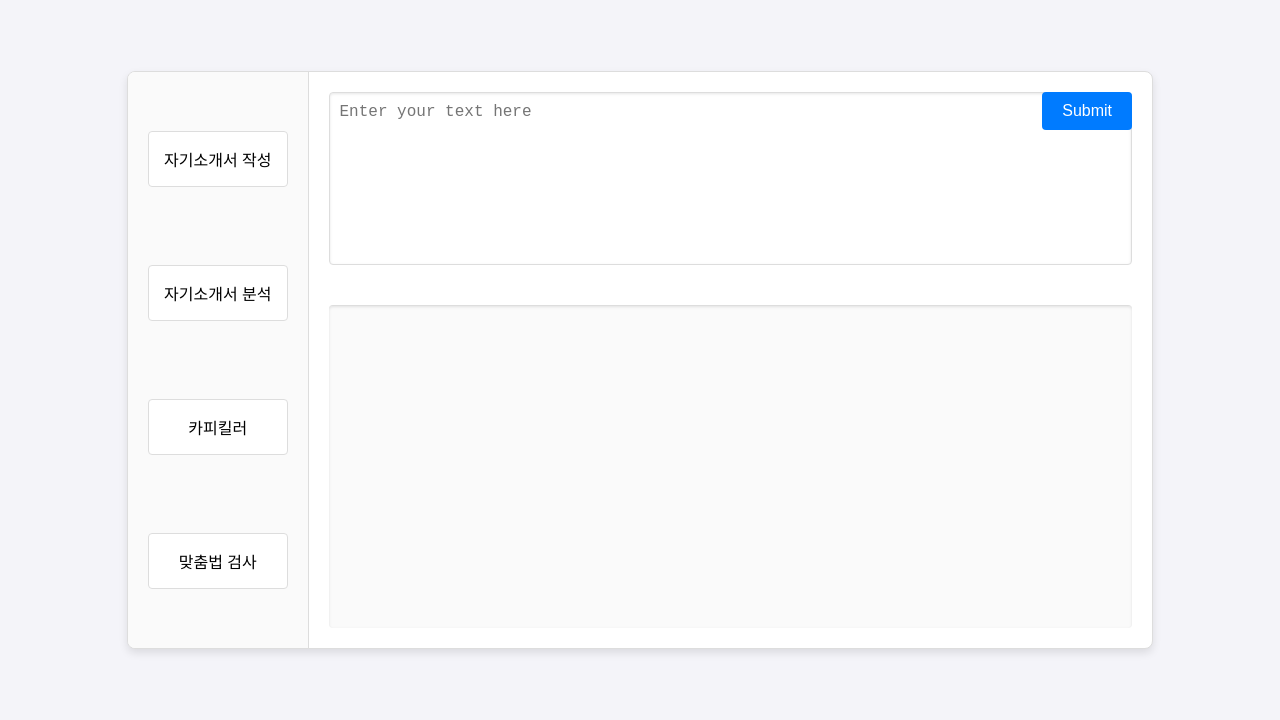
Repository: Choi9912/Flask_IntroduceGPT
Page: http://localhost/
The author's editor kept a copy of each file at every save. The page is drawn from the files as they stood at one save, then again after the next save.
The browser window is 1280 px wide. The pictures show the whole page.
The page is served by the project's application, run on Flask 3 (app.py).

Above is the page before, as saved 2024-07-30 12:16:46.

### templates/index.html
<!doctype html>
<html lang="en">
<head>
    <meta charset="UTF-8">
    <title>AI Q&A</title>
    <link rel="stylesheet" href="style.css">
    <link href="https://fonts.googleapis.com/css2?family=Roboto:wght@400;500;700&display=swap" rel="stylesheet">
</head>
<body>
    <div class="container">
        <div class="sidebar">
            <button class="sidebar-btn" id="sendBtn">자기소개서 작성</button>
            <button class="sidebar-btn" id="analyzeBtn">자기소개서 분석</button>
            <button class="sidebar-btn" id="plagiarismBtn">카피킬러</button>
            <button class="sidebar-btn" id="spellCheckBtn">맞춤법 검사</button>
        </div>
        <div class="content">
            <textarea id="inputArea" placeholder="Enter your text here" spellcheck="false"></textarea>
            <button class="submit-btn" id="actionBtn">Submit</button>
            <div id="output"></div>
        </div>
    </div>
    <script src="script.js"></script>
</body>
</html>

### app.py
from flask import Flask, request, jsonify, render_template
import requests
import logging
import os

from dotenv import load_dotenv

load_dotenv()
API_URL = os.getenv('API_URL')
# Configure logging
logging.basicConfig(level=logging.DEBUG)

app = Flask(__name__)

class SelfIntroductionAnalyzer:
    def __init__(self, api_url):
        self.api_url = api_url

    def analyze(self, introduction, method):
        if method == 'iterative_refinement':
            return self.iterative_refinement(introduction)
        elif method == 'step_by_step':
            return self.step_by_step(introduction)
        elif method == 'few_shot':
            return self.few_shot(introduction)
        elif method == 'constraint_setting':
            return self.constraint_setting(introduction)
        else:
            return 'Error: Invalid method'

    def iterative_refinement(self, introduction):
        return self.send_request(self.create_messages(introduction))

    def step_by_step(self, introduction):
        steps = [
            "단계 1: 자기소개서를 분석합니다.",
            "단계 2: 주요 포인트와 주제를 식별합니다.",
            "단계 3: 구조와 일관성을 평가합니다."
        ]
        messages = self.create_messages(introduction, " ".join(steps))
        return self.send_request(messages)

    def few_shot(self, introduction):
        examples = [
            {"role": "user", "content": "자기소개서의 강점을 분석해주세요.", "role": "assistant", "content": "자기소개서의 강점은 명확한 목표 설정과 구체적인 경험 사례입니다."},
            {"role": "user", "content": "자기소개서에서 개선할 점을 알려주세요.", "role": "assistant", "content": "자기소개서의 개선할 점은 내용의 일관성과 논리적 흐름입니다."}
        ]
        messages = self.create_messages(introduction, examples=examples)
        return self.send_request(messages)

    def constraint_setting(self, introduction):
        constraints = "최대한 자세하게 알려주세요."
        messages = self.create_messages(introduction, constraints)
        return self.send_request(messages)

    def create_messages(self, introduction, additional_content="", examples=None):
        messages = [
            {"role": "system", "content": "당신은 자기소개서를 분석하는 AI입니다."},
            {"role": "user", "content": f"다음 자기소개서를 분석해주세요: {introduction} {additional_content}"}
        ]
        if examples:
            messages = [{"role": ex["role"], "content": ex["content"]} for ex in examples] + messages
        return messages

    def send_request(self, messages):
        try:
            response = requests.post(self.api_url, json=messages)
            response.raise_for_status()
            return response.json().get('choices')[0]['message']['content']
        except requests.RequestException as e:
            logging.error(f"Error in SelfIntroductionAnalyzer: {e}")
            return 'Error: Unable to get a response from the API'


class SelfIntroductionWriter:
    def __init__(self, api_url):
        self.api_url = api_url

    def write(self, prompt, method):
        if method == 'iterative_refinement':
            return self.iterative_refinement(prompt)
        elif method == 'step_by_step':
            return self.step_by_step(prompt)
        elif method == 'few_shot':
            return self.few_shot(prompt)
        elif method == 'constraint_setting':
            return self.constraint_setting(prompt)
        else:
            return 'Error: Invalid method'

    def iterative_refinement(self, prompt):
        return self.send_request(self.create_messages(prompt))

    def step_by_step(self, prompt):
        steps = [
            "단계 1. 소제목을 넣자: 자기소개서에 소제목을 추가합니다.",
            "단계 2. 두괄식으로 작성하자: 결론부터 말하고 자세한 내용을 덧붙입니다.",
            "단계 3. 문장을 간결하게, 문단을 나눠서 쓰자: 간결하고 명확한 문장을 사용하고, 적절한 문단 나누기로 가독성을 높입니다."
   ]
        messages = self.create_messages(prompt, " ".join(steps))
        return self.send_request(messages)

    def few_shot(self, prompt):
        examples = [
            {
                "role": "user",
                "content": "자기소개서를 작성해주세요.",
                "role": "assistant",
                "content": (
                    "① 경력 소개: 저는 열정적이고 성실한 사람입니다. "
                    "② 성장 과정: 다양한 경험을 통해 성장했습니다. "
                    "③ 결론: 저의 협력과 도전정신을 바탕으로 회사에 기여하고 싶습니다."
                )
            },
            {
                "role": "user",
                "content": "자기소개서의 핵심을 작성해주세요.",
                "role": "assistant",
                "content": (
                    "- 소개: 저는 협력과 도전정신을 중요시합니다. "
                    "- 경험: 항상 새로운 것을 배우고자 합니다. "
                    "- 목표: 이러한 태도로 귀사에 큰 기여를 하고 싶습니다."
                )
            }
        ]
        messages = self.create_messages(prompt, examples=examples)
        return self.send_request(messages)

    def constraint_setting(self, prompt):
        constraints = "소제목을 포함하고, 두괄식으로 작성하며, 문장을 간결하게 쓰고, 문단을 나누어 주세요."
        messages = self.create_messages(prompt, constraints)
        return self.send_request(messages)

    def create_messages(self, prompt, additional_content="", examples=None):
        messages = [
            {"role": "system", "content": "당신은 자기소개서를 작성하는 AI입니다."},
            {"role": "user", "content": f"다음 프롬프트로 자기소개서를 작성해주세요: {prompt} {additional_content}"}
        ]
        if examples:
            messages = [{"role": ex["role"], "content": ex["content"]} for ex in examples] + messages
        return messages

    def send_request(self, messages):
        try:
            response = requests.post(self.api_url, json=messages)
            response.raise_for_status()
            return response.json().get('choices')[0]['message']['content']
        except requests.RequestException as e:
            logging.error(f"Error in SelfIntroductionWriter: {e}")
            return 'Error: Unable to get a response from the API'



class PlagiarismDetector:
    def __init__(self, api_url):
        self.api_url = api_url

    def check_plagiarism(self, text, method):
        if method == 'iterative_refinement':
            return self.iterative_refinement(text)
        elif method == 'step_by_step':
            return self.step_by_step(text)
        elif method == 'few_shot':
            return self.few_shot(text)
        elif method == 'constraint_setting':
            return self.constraint_setting(text)
        else:
            return 'Error: Invalid method'

    def iterative_refinement(self, text):
        return self.send_request(self.create_messages(text))

    def step_by_step(self, text):
        steps = [
            "단계 1: 텍스트를 분석합니다.",
            "단계 2: 주요 포인트와 주제를 식별합니다.",
            "단계 3: 문장 구조와 단어 선택을 평가합니다.",
            "단계 4: 아이디어의 독창성을 평가합니다.",
            "단계 5: 다른 출처와의 유사성을 평가합니다."
        ]
        messages = self.create_messages(text, " ".join(steps))
        return self.send_request(messages)

    def few_shot(self, text):
        examples = [
            {"role": "user", "content": "다음 텍스트의 표절 여부를 검사해주세요.", "role": "assistant", "content": "이 텍스트는 다음 알려진 텍스트와 유사합니다: [알려진 텍스트]."},
            {"role": "user", "content": "이 텍스트는 표절인가요?", "role": "assistant", "content": "이 텍스트는 [알려진 텍스트]와 유사하므로 표절로 간주됩니다."}
        ]
        messages = self.create_messages(text, examples=examples)
        return self.send_request(messages)

    def constraint_setting(self, text):
        constraints = "텍스트의 모든 부분을 꼼꼼히 검사하고, 문장 구조, 단어 선택, 아이디어의 독창성을 고려하여 다른 출처와의 유사성을 평가해주세요."
        messages = self.create_messages(text, constraints)
        return self.send_request(messages)

    def create_messages(self, text, additional_content="", examples=None):
        messages = [
            {"role": "system", "content": "당신은 텍스트를 분석하여 표절 여부를 판단하는 AI입니다."},
            {"role": "user", "content": f"다음 텍스트의 표절 여부를 검사해주세요: {text} {additional_content}"}
        ]
        if examples:
            messages = [{"role": ex["role"], "content": ex["content"]} for ex in examples] + messages
        return messages

    def send_request(self, messages):
        try:
            response = requests.post(self.api_url, json=messages)
            response.raise_for_status()
            return response.json().get('choices')[0]['message']['content']
        except requests.RequestException as e:
            logging.error(f"Error in PlagiarismDetector: {e}")
            return 'Error: Unable to get a response from the API'



class SpellChecker:
    def __init__(self, api_url):
        self.api_url = api_url

    def check(self, text, method):
        if method == 'iterative_refinement':
            return self.iterative_refinement(text)
        elif method == 'step_by_step':
            return self.step_by_step(text)
        elif method == 'few_shot':
            return self.few_shot(text)
        elif method == 'constraint_setting':
            return self.constraint_setting(text)
        else:
            return 'Error: Invalid method'

    def iterative_refinement(self, text):
        return self.send_request(self.create_messages(text))

    def step_by_step(self, text):
        steps = [
            "단계 1: 텍스트를 분석합니다.",
            "단계 2: 철자 오류를 식별합니다.",
            "단계 3: 문법 오류를 식별합니다.",
            "단계 4: 문장 구조를 평가합니다.",
            "단계 5: 전체 텍스트의 일관성을 평가합니다."
        ]
        messages = self.create_messages(text, " ".join(steps))
        return self.send_request(messages)

    def few_shot(self, text):
        examples = [
            {"role": "user", "content": "다음 텍스트의 맞춤법을 검사해주세요.", "role": "assistant", "content": "이 텍스트에는 다음과 같은 철자 오류가 있습니다: [오류 예시]."},
            {"role": "user", "content": "이 텍스트의 문법 오류를 수정해주세요.", "role": "assistant", "content": "이 텍스트에는 다음과 같은 문법 오류가 있습니다: [오류 예시]."}
        ]
        messages = self.create_messages(text, examples=examples)
        return self.send_request(messages)

    def constraint_setting(self, text):
        constraints = "텍스트의 철자와 문법을 철저히 검사하고, 문장 구조와 일관성을 고려하여 전체 텍스트를 평가해주세요."
        messages = self.create_messages(text, constraints)
        return self.send_request(messages)

    def create_messages(self, text):
        return [
            {"role": "system", "content": "당신은 맞춤법 검사 AI입니다."},
            {"role": "user", "content": f"다음 글의 맞춤법을 확인해주세요: {text}"}
        ]

    def send_request(self, messages):
        try:
            response = requests.post(self.api_url, json=messages)
            response.raise_for_status()
            return response.json().get('choices')[0]['message']['content']
        except requests.RequestException as e:
            logging.error(f"Error in SpellChecker: {e}")
            return 'Error: Unable to get a response from the API'


class PromptOptimizerApp:
    def __init__(self, analyzer, writer, plagiarism_detector, spell_checker):
        self.app = Flask(__name__)
        self.analyzer = analyzer
        self.writer = writer
        self.plagiarism_detector = plagiarism_detector
        self.spell_checker = spell_checker
        self.setup_routes()

    def setup_routes(self):
        self.app.add_url_rule('/', 'index', self.index)
        self.app.add_url_rule('/generate', 'generate', self.generate, methods=['POST'])
        self.app.add_url_rule('/analyze', 'analyze', self.analyze_route, methods=['POST'])
        self.app.add_url_rule('/write', 'write', self.write_route, methods=['POST'])
        self.app.add_url_rule('/plagiarism_check', 'plagiarism_check', self.plagiarism_check_route, methods=['POST'])
        self.app.add_url_rule('/spell_check', 'spell_check', self.spell_check_route, methods=['POST'])

    def index(self):
        return render_template('index.html')

    def generate(self):
        data = request.get_json()
        question = data.get('question')
        logging.debug(f"Received question: {question}")

        answer = self.writer.iterative_refinement(question)
        return jsonify({'answer': answer})

    def analyze_route(self):
        data = request.get_json()
        introduction = data.get('introduction')
        method = data.get('method', 'iterative_refinement')  # Default to 'iterative_refinement'
        logging.debug(f"Received introduction: {introduction} with method: {method}")
        analysis = self.analyzer.analyze(introduction, method)
        return jsonify({'analysis': analysis})

    def write_route(self):
        data = request.get_json()
        prompt = data.get('prompt')
        method = data.get('method', 'iterative_refinement')  # Default to 'iterative_refinement'
        logging.debug(f"Received prompt: {prompt} with method: {method}")
        writing = self.writer.write(prompt, method)
        return jsonify({'writing': writing})

    def plagiarism_check_route(self):
        data = request.get_json()
        text = data.get('text')
        method = data.get('method', 'iterative_refinement')  # Default to 'iterative_refinement'
        logging.debug(f"Received text for plagiarism check: {text} with method: {method}")
        report = self.plagiarism_detector.check_plagiarism(text, method)

        return jsonify({'plagiarism_report': report})


    def spell_check_route(self):
        data = request.get_json()
        text = data.get('text')
        method = data.get('method', 'iterative_refinement')  # Default to 'iterative_refinement'
        logging.debug(f"Received text for spell check: {text} with method: {method}")
        report = self.spell_checker.check(text, method)
        return jsonify({'spell_check_report': report})

    def run(self):
        self.app.run(debug=True)

if __name__ == '__main__':
    analyzer = SelfIntroductionAnalyzer(API_URL)
    writer = SelfIntroductionWriter(API_URL)
    plagiarism_detector = PlagiarismDetector(API_URL)
    spell_checker = SpellChecker(API_URL)
    app_instance = PromptOptimizerApp(analyzer, writer, plagiarism_detector, spell_checker)
    app_instance.run()

### static/style.css
body {
    display: flex;
    justify-content: center;
    align-items: center;
    height: 100vh;
    margin: 0;
    font-family: Arial, sans-serif;
    background-color: #f4f4f9;
}

.container {
    display: flex;
    border: 1px solid #ddd;
    border-radius: 8px;
    box-shadow: 0 4px 8px rgba(0, 0, 0, 0.1);
    width: 80%;
    height: 80%;
    background-color: #fff;
    overflow: hidden;
    animation: fadeIn 1s ease-in-out;
}

.sidebar {
    display: flex;
    flex-direction: column;
    justify-content: space-around;
    padding: 20px;
    border-right: 1px solid #ddd;
    background-color: #fafafa;
    animation: slideIn 0.5s ease-in-out;
}

.sidebar-btn {
    padding: 15px;
    margin: 10px 0;
    border: 1px solid #ddd;
    border-radius: 4px;
    background-color: #ffffff;
    cursor: pointer;
    font-size: 16px;
    transition: background-color 0.3s, box-shadow 0.3s, transform 0.3s;
}

.sidebar-btn:hover {
    background-color: #f0f0f0;
    box-shadow: 0 4px 8px rgba(0, 0, 0, 0.1);
    transform: translateY(-2px);
}

.content {
    flex: 1;
    display: flex;
    flex-direction: column;
    padding: 20px;
    position: relative;
    animation: fadeIn 1s ease-in-out;
}

#inputArea {
    flex: 1;
    margin-bottom: 20px;
    padding: 10px;
    font-size: 16px;
    border: 1px solid #ddd;
    border-radius: 4px;
    resize: none;
    box-shadow: inset 0 1px 3px rgba(0, 0, 0, 0.1);
    transition: border-color 0.3s, box-shadow 0.3s;
}

#inputArea:focus {
    border-color: #007bff;
    box-shadow: 0 0 5px rgba(0, 123, 255, 0.5);
}

.submit-btn {
    position: absolute;
    top: 20px;
    right: 20px;
    padding: 10px 20px;
    cursor: pointer;
    background-color: #007bff;
    color: #fff;
    border: none;
    border-radius: 4px;
    font-size: 16px;
    transition: background-color 0.3s, box-shadow 0.3s, transform 0.3s;
}

.submit-btn:hover {
    background-color: #0056b3;
    box-shadow: 0 4px 8px rgba(0, 0, 0, 0.1);
    transform: translateY(-2px);
}

#output {
    flex: 2;
    margin-top: 20px;
    border-top: 1px solid #ddd;
    padding: 10px;
    overflow-y: auto;
    background-color: #fafafa;
    border-radius: 4px;
    box-shadow: inset 0 1px 3px rgba(0, 0, 0, 0.1);
    animation: fadeIn 1s ease-in-out;
}

/* Animations */
@keyframes fadeIn {
    from { opacity: 0; }
    to { opacity: 1; }
}

@keyframes slideIn {
    from { transform: translateX(-100%); }
    to { transform: translateX(0); }
}

### static/script.js
document.addEventListener('DOMContentLoaded', function() {
    const sendBtn = document.getElementById('sendBtn');
    const analyzeBtn = document.getElementById('analyzeBtn');
    const plagiarismBtn = document.getElementById('plagiarismBtn');
    const spellCheckBtn = document.getElementById('spellCheckBtn');
    const actionBtn = document.getElementById('actionBtn');
    const inputArea = document.getElementById('inputArea');
    const outputDiv = document.getElementById('output');

    let currentAction = null;

    sendBtn.addEventListener('click', () => {
        currentAction = 'generate';
        inputArea.placeholder = 'Enter your question here';
    });

    analyzeBtn.addEventListener('click', () => {
        currentAction = 'analyze';
        inputArea.placeholder = 'Enter your self-introduction here';
    });

    plagiarismBtn.addEventListener('click', () => {
        currentAction = 'plagiarism_check';
        inputArea.placeholder = 'Enter your text for plagiarism check';
    });

    spellCheckBtn.addEventListener('click', () => {
        currentAction = 'spell_check';
        inputArea.placeholder = 'Enter your text for spell check';
    });

    actionBtn.addEventListener('click', () => {
        const text = inputArea.value;
        if (text.trim() === '' || !currentAction) return;

        let url;
        const body = {};

        switch (currentAction) {
            case 'generate':
                url = '/generate';
                body.question = text;
                break;
            case 'analyze':
                url = '/analyze';
                body.introduction = text;
                body.method = 'iterative_refinement'; // Default method
                break;
            case 'plagiarism_check':
                url = '/plagiarism_check';
                body.text = text;
                body.method = 'iterative_refinement'; // Default method
                break;
            case 'spell_check':
                url = '/spell_check';
                body.text = text;
                body.method = 'iterative_refinement'; // Default method
                break;
            default:
                return;
        }

        console.log(`Sending request to ${url} with body:`, body);

        actionBtn.disabled = true;
        outputDiv.textContent = 'Loading...';

        fetch(url, {
            method: 'POST',
            headers: {
                'Content-Type': 'application/json'
            },
            body: JSON.stringify(body)
        })
        .then(response => response.json())
        .then(data => {
            console.log('Received response:', data);
            let resultText;
            switch (currentAction) {
                case 'generate':
                    resultText = `Generated Response: ${data.answer || 'No response'}`;
                    break;
                case 'analyze':
                    resultText = `Analysis Result: ${data.analysis || 'No response'}`;
                    break;
                case 'plagiarism_check':
                    resultText = `Plagiarism Report: ${data.plagiarism_report || 'No report'}`;
                    break;
                case 'spell_check':
                    resultText = `Spell Check Report: ${data.spell_check_report || 'No report'}`;
                    break;
                default:
                    resultText = 'No valid action performed.';
            }
            outputDiv.textContent = resultText;
        })
        .catch(error => {
            console.error('Error:', error);
            outputDiv.textContent = 'Error: Unable to get a response from the server.';
        })
        .finally(() => {
            // Re-enable the action button and clear the input
            actionBtn.disabled = false;
            inputArea.value = '';
        });
    });
});

After the next save:
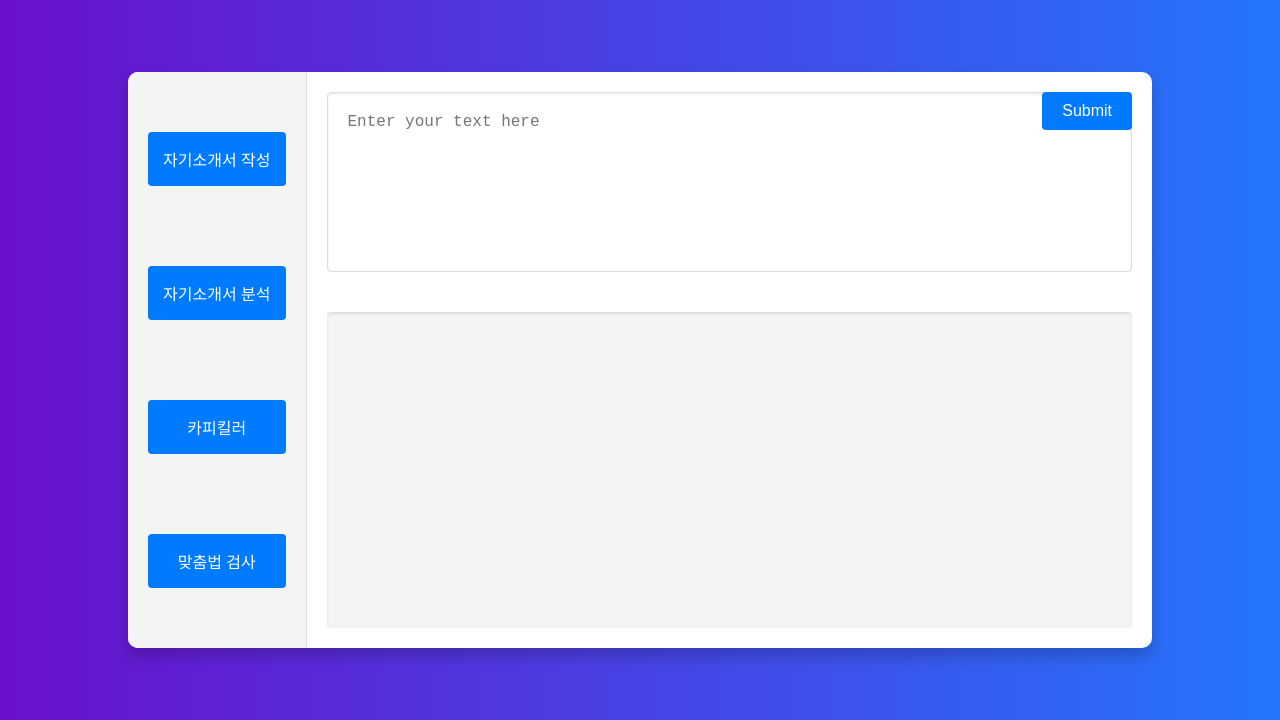
Saved 2 s later.
--- a/static/style.css
+++ b/static/style.css
@@ -4,18 +4,17 @@ body {
     align-items: center;
     height: 100vh;
     margin: 0;
-    font-family: Arial, sans-serif;
-    background-color: #f4f4f9;
+    font-family: 'Roboto', sans-serif;
+    background: linear-gradient(to right, #6a11cb, #2575fc);
 }
 
 .container {
     display: flex;
-    border: 1px solid #ddd;
-    border-radius: 8px;
-    box-shadow: 0 4px 8px rgba(0, 0, 0, 0.1);
+    border-radius: 10px;
+    box-shadow: 0 8px 16px rgba(0, 0, 0, 0.2);
     width: 80%;
     height: 80%;
-    background-color: #fff;
+    background-color: #ffffff;
     overflow: hidden;
     animation: fadeIn 1s ease-in-out;
 }
@@ -25,24 +24,25 @@ body {
     flex-direction: column;
     justify-content: space-around;
     padding: 20px;
+    background-color: #f4f4f4;
     border-right: 1px solid #ddd;
-    background-color: #fafafa;
     animation: slideIn 0.5s ease-in-out;
 }
 
 .sidebar-btn {
     padding: 15px;
     margin: 10px 0;
-    border: 1px solid #ddd;
+    border: none;
     border-radius: 4px;
-    background-color: #ffffff;
+    background-color: #007bff;
+    color: #ffffff;
     cursor: pointer;
     font-size: 16px;
     transition: background-color 0.3s, box-shadow 0.3s, transform 0.3s;
 }
 
 .sidebar-btn:hover {
-    background-color: #f0f0f0;
+    background-color: #0056b3;
     box-shadow: 0 4px 8px rgba(0, 0, 0, 0.1);
     transform: translateY(-2px);
 }
@@ -59,7 +59,7 @@ body {
 #inputArea {
     flex: 1;
     margin-bottom: 20px;
-    padding: 10px;
+    padding: 20px;
     font-size: 16px;
     border: 1px solid #ddd;
     border-radius: 4px;
@@ -97,9 +97,9 @@ body {
     flex: 2;
     margin-top: 20px;
     border-top: 1px solid #ddd;
-    padding: 10px;
+    padding: 20px;
     overflow-y: auto;
-    background-color: #fafafa;
+    background-color: #f4f4f4;
     border-radius: 4px;
     box-shadow: inset 0 1px 3px rgba(0, 0, 0, 0.1);
     animation: fadeIn 1s ease-in-out;
